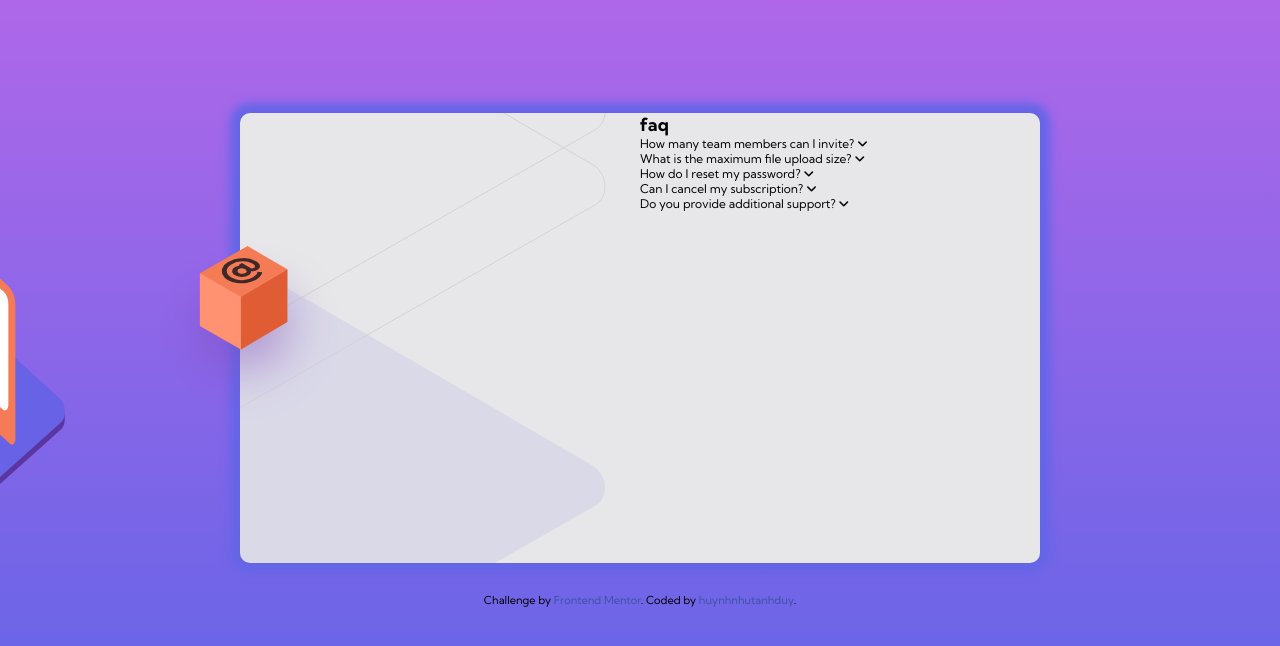
Repository: huynhnhutanhduy/faq-accordion-card
Page: index.html
An editor plug-in stored every save of this project. The page is shown before and after the next save, followed by the edit.
The browser window is 1280 px wide. The pictures show the whole page.

Above is the page before, as saved 2022-10-20 14:32:39.

### index.html
<!DOCTYPE html>
<html lang="en">
  <head>
    <meta charset="UTF-8" />
    <meta name="viewport" content="width=device-width, initial-scale=1.0" />
    <!-- displays site properly based on user's device -->
    <link rel="icon" type="image/png" sizes="32x32" href="./images/favicon-32x32.png" />
    <title>Frontend Mentor | FAQ Accordion Card</title>
    <link rel="preconnect" href="https://fonts.googleapis.com" />
    <link rel="preconnect" href="https://fonts.gstatic.com" crossorigin />
    <link
      href="https://fonts.googleapis.com/css2?family=Kumbh+Sans:wght@400;700&display=swap"
      rel="stylesheet"
    />
    <link
      rel="stylesheet"
      href="https://cdnjs.cloudflare.com/ajax/libs/font-awesome/6.2.0/css/all.min.css"
      integrity="sha512-xh6O/CkQoPOWDdYTDqeRdPCVd1SpvCA9XXcUnZS2FmJNp1coAFzvtCN9BmamE+4aHK8yyUHUSCcJHgXloTyT2A=="
      crossorigin="anonymous"
      referrerpolicy="no-referrer"
    />
    <link rel="stylesheet" href="./app.css" />
  </head>
  <body>
    <main>
      <article class="card">
        <div class="card-left">
          <div class="card-image">
            <img
              src="./images/illustration-woman-online-desktop.svg"
              alt=""
              class="card-image__item"
            />
          </div>
          <img src="./images/illustration-box-desktop.svg" alt="" class="card-box" />
        </div>
        <div class="card-right">
          <h1 class="card-title">faq</h1>
          <div class="card-list">
            <div class="card-item">
              <div class="card-item__header">
                <span class="card-item__header-title"
                  >How many team members can I invite?
                </span>
                <i class="fa-solid fa-angle-down card-item__header-icon"></i>
              </div>
              <div class="card-item__content">
                <div class="card-item__content-inner">
                  You can invite up to 2 additional users on the Free plan. There is no limit
                  on team members for the Premium plan.
                </div>
              </div>
            </div>
            <div class="card-item">
              <div class="card-item__header">
                <span class="card-item__header-title"
                  >What is the maximum file upload size?
                </span>
                <i class="fa-solid fa-angle-down card-item__header-icon"></i>
              </div>
              <div class="card-item__content">
                <div class="card-item__content-inner">
                  No more than 2GB. All files in your account must fit your allotted storage
                  space.
                </div>
              </div>
            </div>
            <div class="card-item">
              <div class="card-item__header">
                <span class="card-item__header-title">How do I reset my password? </span>
                <i class="fa-solid fa-angle-down card-item__header-icon"></i>
              </div>
              <div class="card-item__content">
                <div class="card-item__content-inner">
                  Click “Forgot password” from the login page or “Change password” from your
                  profile page. A reset link will be emailed to you.
                </div>
              </div>
            </div>
            <div class="card-item">
              <div class="card-item__header">
                <span class="card-item__header-title">Can I cancel my subscription? </span>
                <i class="fa-solid fa-angle-down card-item__header-icon"></i>
              </div>
              <div class="card-item__content">
                <div class="card-item__content-inner">
                  Yes! Send us a message and we’ll process your request no questions asked.
                </div>
              </div>
            </div>
            <div class="card-item">
              <div class="card-item__header">
                <span class="card-item__header-title"
                  >Do you provide additional support?
                </span>
                <i class="fa-solid fa-angle-down card-item__header-icon"></i>
              </div>
              <div class="card-item__content">
                <div class="card-item__content-inner">
                  Chat and email support is available 24/7. Phone lines are open during normal
                  business hours.
                </div>
              </div>
            </div>
          </div>
        </div>
      </article>
    </main>
    <footer class="attribution">
      Challenge by
      <a href="https://www.frontendmentor.io?ref=challenge" target="_blank">Frontend Mentor</a
      >. Coded by <a href="https://github.com/huynhnhutanhduy">huynhnhutanhduy</a>.
    </footer>
  </body>
</html>

### app.css
:root {
  --very-dark-desaturated-blue: hsl(238, 29%, 16%);
  --soft-red: hsl(14, 88%, 65%);
  --soft-violet: hsl(273, 75%, 66%);
  --soft-blue: hsl(240, 73%, 65%);
  --very-dark-grayish-blue: hsl(237, 12%, 33%);
  --dark-grayish-blue: hsl(240, 6%, 50%);
  --light-grayish-blue: hsl(240, 5%, 91%);
}
* {
  margin: 0;
  padding: 0;
  border: 0;
}
*,
*::before,
*::after,
html {
  box-sizing: border-box;
}
html {
  font-size: 62.5%;
}
body {
  font-size: 1.2rem;
  font-weight: normal;
  font-family: "Kumbh Sans", sans-serif;
  background-image: linear-gradient(var(--soft-violet), var(--soft-blue));
  height: 100vh;
  width: 100vw;
  display: grid;
  align-content: center;
  justify-content: center;
}
a {
  text-decoration: none;
}
img {
  display: block;
  max-width: 100%;
}

.attribution {
  font-size: 11px;
  text-align: center;
}
.attribution a {
  color: hsl(228, 45%, 44%);
}

.card {
  max-width: 80rem;
  border-radius: 1rem;
  margin-bottom: 3rem;
  background: var(--light-grayish-blue) url("./images/bg-pattern-desktop.svg") no-repeat;
  background-position-x: -600px;
  background-position-y: -300px;
  height: 45rem;
  width: 92rem;
  display: grid;
  grid-template-columns: 350px 1fr;
  grid-gap: 5rem;
  box-shadow: 0 0 10px 10px var(--soft-blue);
}
.card-left {
  position: relative;
}
.card-image__item {
  /* position: absolute;
  top: 45px;
  left: -54px;
  right: 25px; */
  transform: translate(-150%, 10%);
  width: 41vw;
  height: 58vh;
}
.card-box {
  height: 40%;
  position: absolute;
  top: 131px;
  left: -90px;
}

.card-item__content-inner {
  display: none;
}

After the next save:
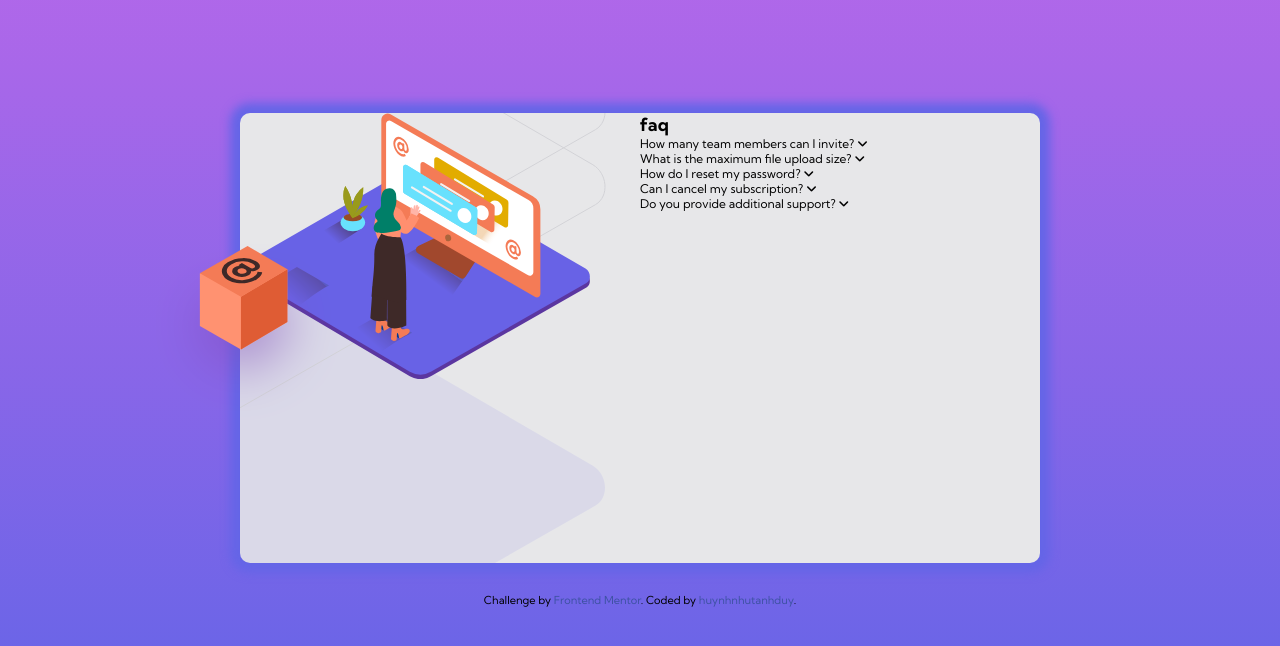
Saved 17 s later.
--- a/index.html
+++ b/index.html
@@ -26,11 +26,7 @@
       <article class="card">
         <div class="card-left">
           <div class="card-image">
-            <img
-              src="./images/illustration-woman-online-desktop.svg"
-              alt=""
-              class="card-image__item"
-            />
+            <img src="./images/illustration-woman-online-desktop.svg" alt="" />
           </div>
           <img src="./images/illustration-box-desktop.svg" alt="" class="card-box" />
         </div>

After the save that followed:
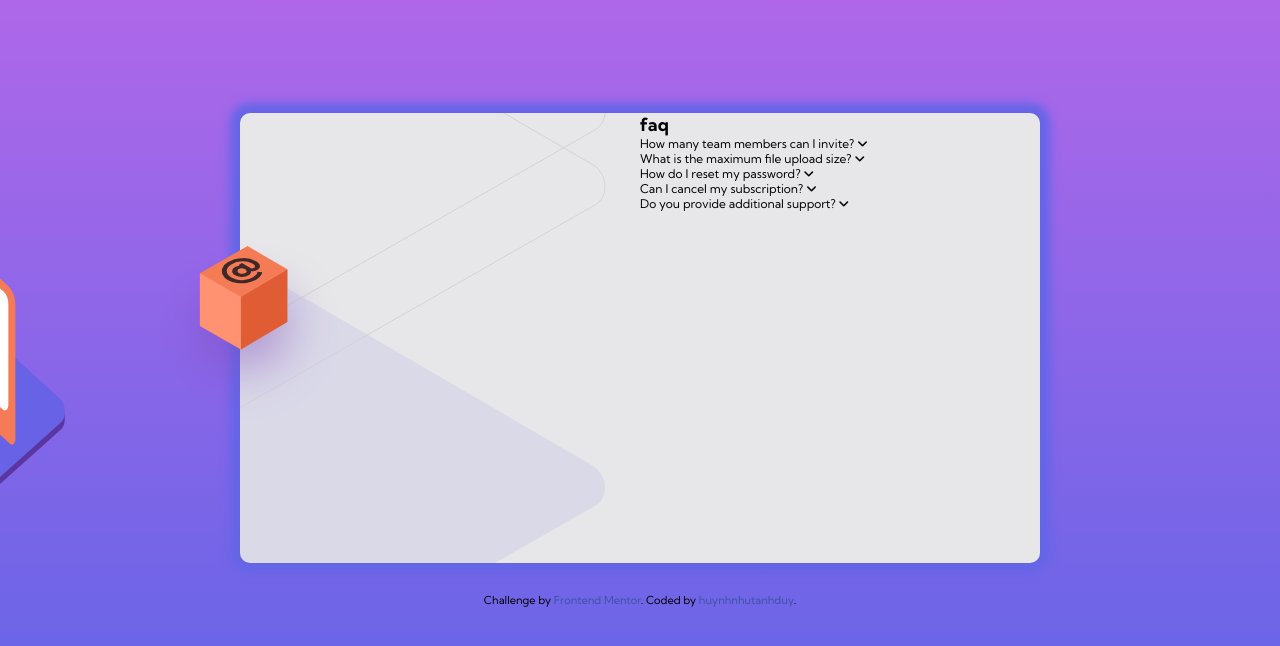
Saved 10 s later.
--- a/app.css
+++ b/app.css
@@ -65,7 +65,7 @@ img {
 .card-left {
   position: relative;
 }
-.card-image__item {
+.card-image img {
   /* position: absolute;
   top: 45px;
   left: -54px;
